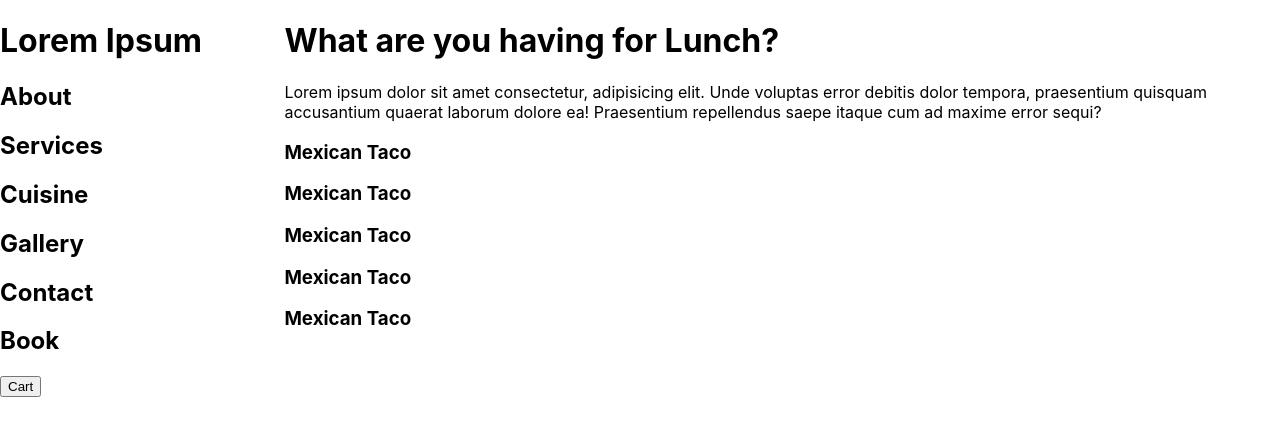
Repository: Marlstergo/assignment2
Page: /
The author's editor kept a copy of each file at every save. The page is drawn from the files as they stood at one save, then again after the next save.
The browser window is 1280 px wide. The pictures show the whole page.
The project was rebuilt for these pictures with package versions that can differ from the ones it lists, and the page was loaded fresh each time.

Above is the page before, as saved 2021-07-27 01:44:25.

### src/App.js
import logo from "./logo.svg";
import "./App.css";

function App() {
  return (
    <div className="container">
      <div className="full">
        <div className="sidebar">
          <h1>Lorem Ipsum</h1>
          <div className="">
            <div className="">
              <h2 className="">About</h2>
            </div>
            <div className="">
              <h2 className="">Services</h2>
            </div>
            <div className="">
              <h2 className="">Cuisine</h2>
            </div>
            <div className="">
              <h2 className="">Gallery</h2>
            </div>
            <div className="">
              <h2 className="">Contact</h2>
            </div>
            <div className="">
              <h2 className="">Book</h2>
            </div>
            <div className="">
              <button className="">Cart</button>
            </div>
          </div>
        </div>
        <div className="main-view">
          <div className="">
            <div className="">
              <h1 className="">What are you having for Lunch?</h1>
            </div>
            <div className="">
              <p className="">
                Lorem ipsum dolor sit amet consectetur, adipisicing elit. Unde
                voluptas error debitis dolor tempora, praesentium quisquam
                accusantium quaerat laborum dolore ea! Praesentium repellendus
                saepe itaque cum ad maxime error sequi?
              </p>
            </div>
          </div>
          <div className="row">
            <div className="">
              <div className="">{/* image */}</div>
              <div className="">
                <h3 className="">Mexican Taco</h3>
              </div>
            </div>
            <div className="">
              <div className="">{/* image */}</div>
              <div className="">
                <h3 className="">Mexican Taco</h3>
              </div>
            </div>
            <div className="">
              <div className="">{/* image */}</div>
              <div className="">
                <h3 className="">Mexican Taco</h3>
              </div>
            </div>
            <div className="">
              <div className="">{/* image */}</div>
              <div className="">
                <h3 className="">Mexican Taco</h3>
              </div>
            </div>
            <div className="">
              <div className="">{/* image */}</div>
              <div className="">
                <h3 className="">Mexican Taco</h3>
              </div>
            </div>
          </div>
        </div>
      </div>
    </div>
  );
}

export default App;

### src/App.css
.container {
  width: 100%;
  /* padding-left: 1.5rem;
  padding-right: 1.5rem; */
}

@media screen and (min-width: 640px) {
  .container {
    max-width: 640px;
    margin: 0 auto;
  }
}

@media screen and (min-width: 768px) {
  .container {
    max-width: 768px;
  }
}

@media screen and (min-width: 1024px) {
  .container {
    max-width: 1024px;
    /* padding-left: 4rem;
    padding-right: 4rem; */
  }
}

@media screen and (min-width: 1280px) {
  .container {
    max-width: 1280px;
    /* padding-left: 5rem;
    padding-right: 5rem; */
  }
}

@media screen and (min-width: 1536px) {
  .container {
    max-width: 1536px;
  }
}

.full {
  display: grid;
  grid-template-columns: repeat(9, minmax(0, 1fr));
}

.sidebar {
  grid-column: span 2 / span 2;
}

.main-view{
  grid-column: span 7 / span 7;
}

Loaded but not shown: public/index.html (common file); src/index.js (common file); src/index.css (common file); src/reportWebVitals.js (common file)

After the next save:
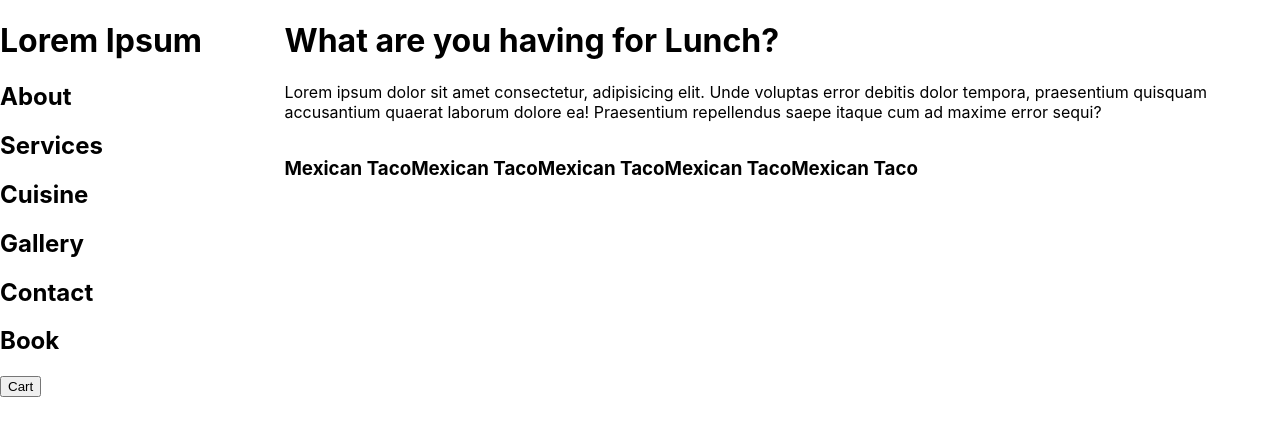
Saved 25 s later.
--- a/src/App.css
+++ b/src/App.css
@@ -51,3 +51,7 @@
 .main-view{
   grid-column: span 7 / span 7;
 }
+
+.row{
+  display: flex;
+}
